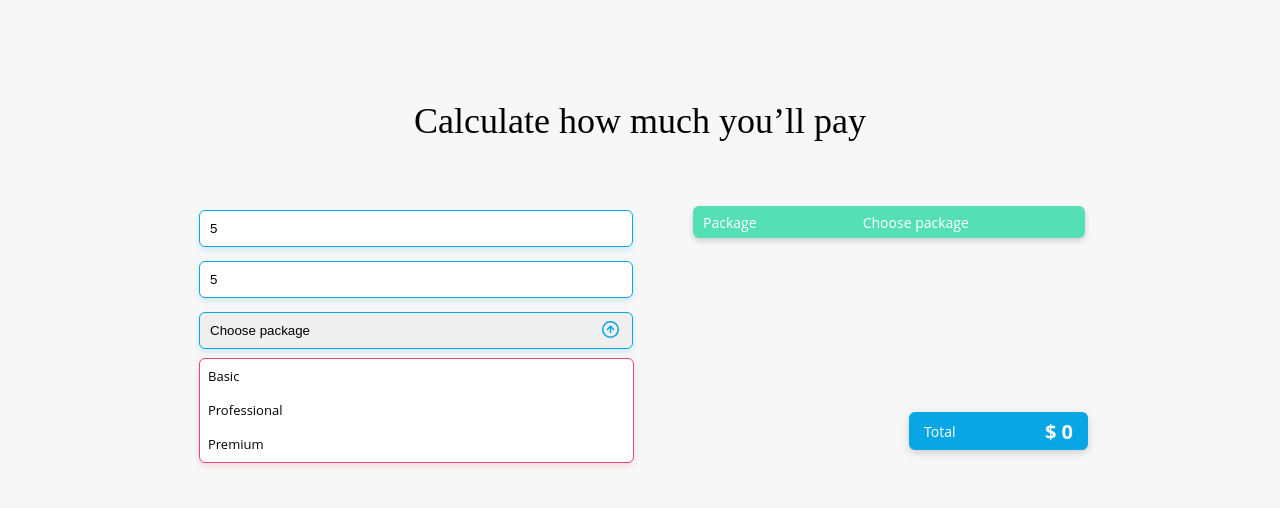
Repository: VolodymyrDubnytskyi/BestShop_project
Page: inedx2.html
The author's editor kept a copy of each file at every save. The page is drawn from the files as they stood at one save, then again after the next save.
The browser window is 1280 px wide. The pictures show the whole page.
Empty fields were first filled with sample values (such as "Sample", 5 or name@example.com).
After loading, the first visible `#package` was clicked once.

Above is the page before, as saved 2020-01-19 19:14:05.
Console error: ReferenceError: count is not defined

After the next save:
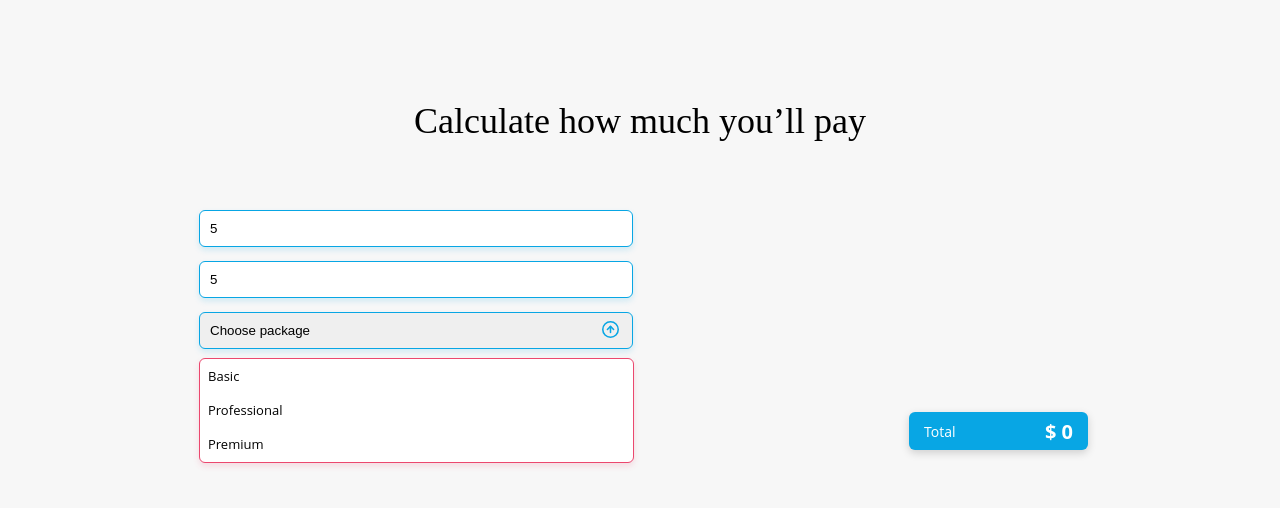
The error is gone.
Saved 27 s later.
--- a/js/main.js
+++ b/js/main.js
@@ -127,29 +127,28 @@ document.addEventListener('DOMContentLoaded', function () {
 
 
 
-
+                    if (select.value === "professional") {
+                        count = 25;
+                        selectPackageSum.setAttribute('data-sum', count);
+                    }
+                    if (select.value === "premium") {
+                        count = 60;
+                        selectPackageSum.setAttribute('data-sum', count);
+                    }
+                    if (select.value === "basic") {
+                        count = 0;
+                        selectPackageSum.setAttribute('data-sum', count);
+                    }
+
+
+                    newElSpan.innerText = newSumOfTotal + count;
+
+                    valuePackage.style.display = 'flex';
+                    selectPackage.innerText = 'Package';
+                    selectPackageCalculate.innerText = select.value.charAt(0).toUpperCase() + select.value.slice(1);
+                    selectPackageSum.innerText = count;
                 })
             }
-            if (select.value === "professional") {
-                count = 25;
-                selectPackageSum.setAttribute('data-sum', count);
-            }
-            if (select.value === "premium") {
-                count = 60;
-                selectPackageSum.setAttribute('data-sum', count);
-            }
-            if (select.value === "basic") {
-                count = 0;
-                selectPackageSum.setAttribute('data-sum', count);
-            }
-
-
-            // newElSpan.innerText = newSumOfTotal + count;
-
-            valuePackage.style.display = 'flex';
-            selectPackage.innerText = 'Package';
-            selectPackageCalculate.innerText = select.value.charAt(0).toUpperCase() + select.value.slice(1);
-            selectPackageSum.innerText = count;
 
 
         }
